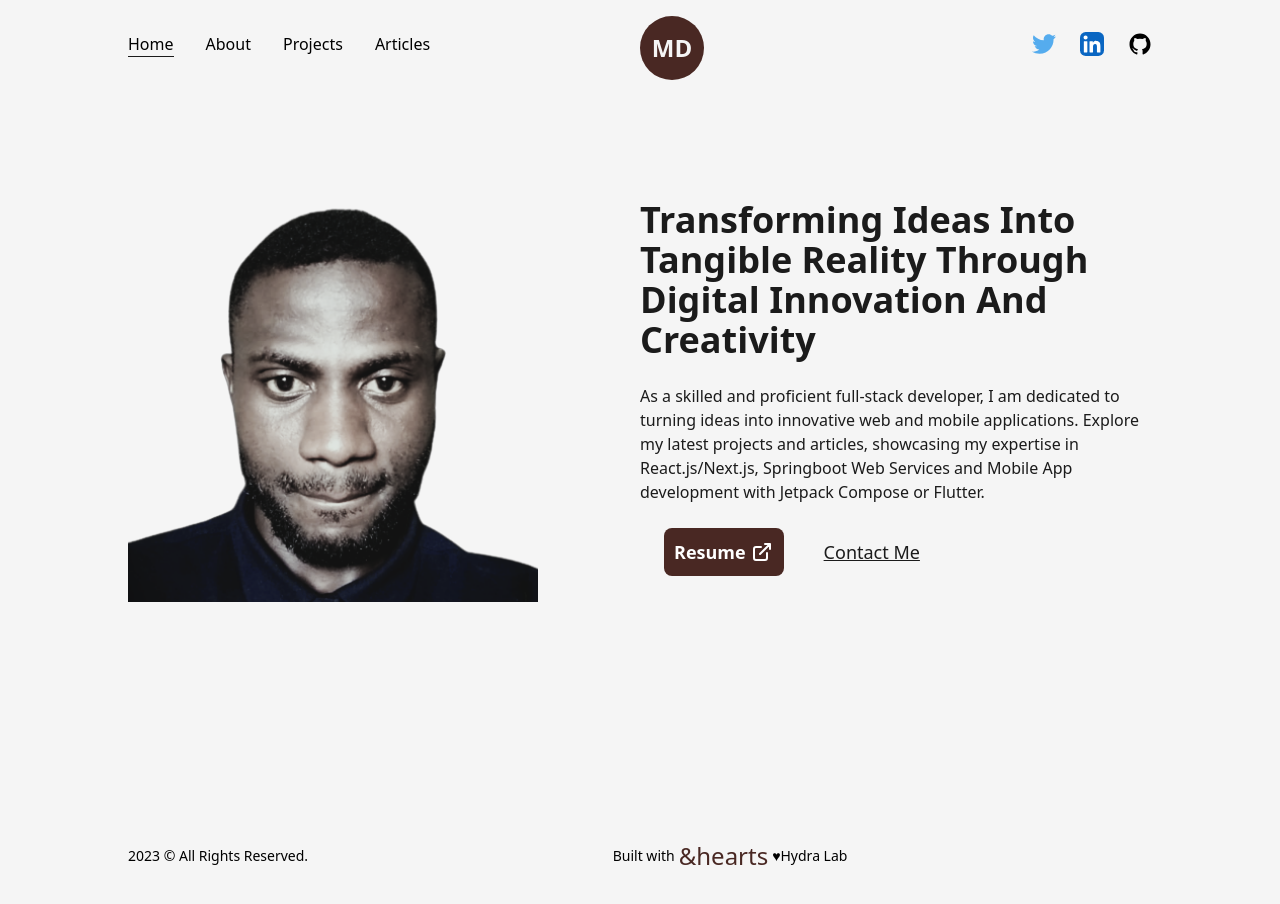
Repository: marcusdashe/situs
Page: /
These files come from the project's save history. The page is drawn as it stood at one moment and after the next save; the edit follows.
The browser window is 1280 px wide. The pictures show the whole page.
The project was rebuilt for these pictures with package versions that can differ from the ones it lists, and the page was loaded fresh each time. The framework's server and built-in components were replaced by stand-ins that run in the browser.

Above is the page before, as saved 2023-06-15 19:19:43.

After the next save:
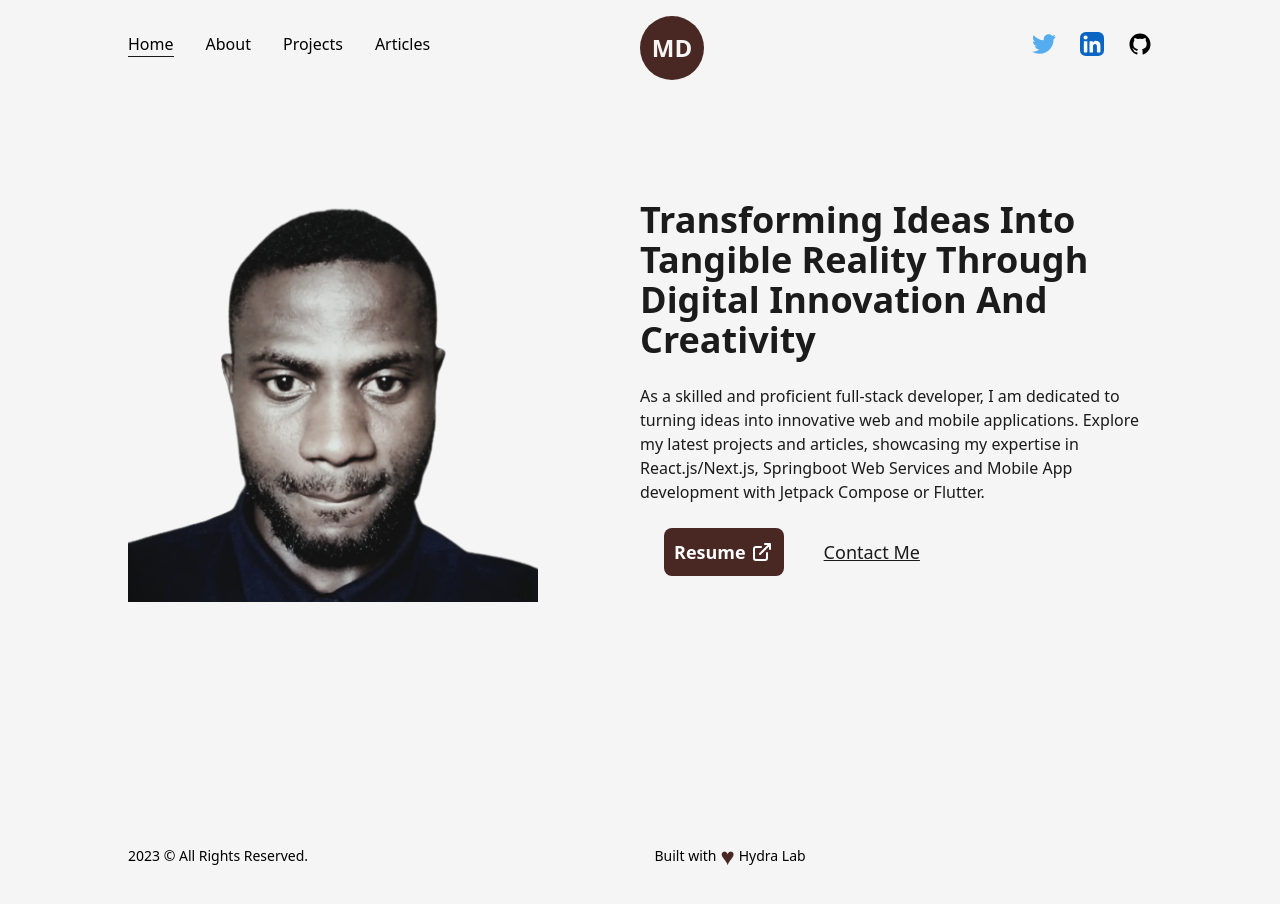
Saved 48 s later.
--- a/src/components/Footer.jsx
+++ b/src/components/Footer.jsx
@@ -9,8 +9,8 @@ const Footer = () => {
         <span>{new Date().getFullYear()} &copy; All Rights Reserved.</span>
         <div className="flex items-center">
           Built with{" "}
-          <span className="text-primaryDark text-2xl px-1">&hearts</span>
-          &hearts; <Link href="/">Hydra Lab</Link>
+          <span className="text-primaryDark text-2xl px-1">&hearts;</span>
+          <Link href="/">Hydra Lab</Link>
         </div>
         <Link href="/"></Link>
       </Layout>
